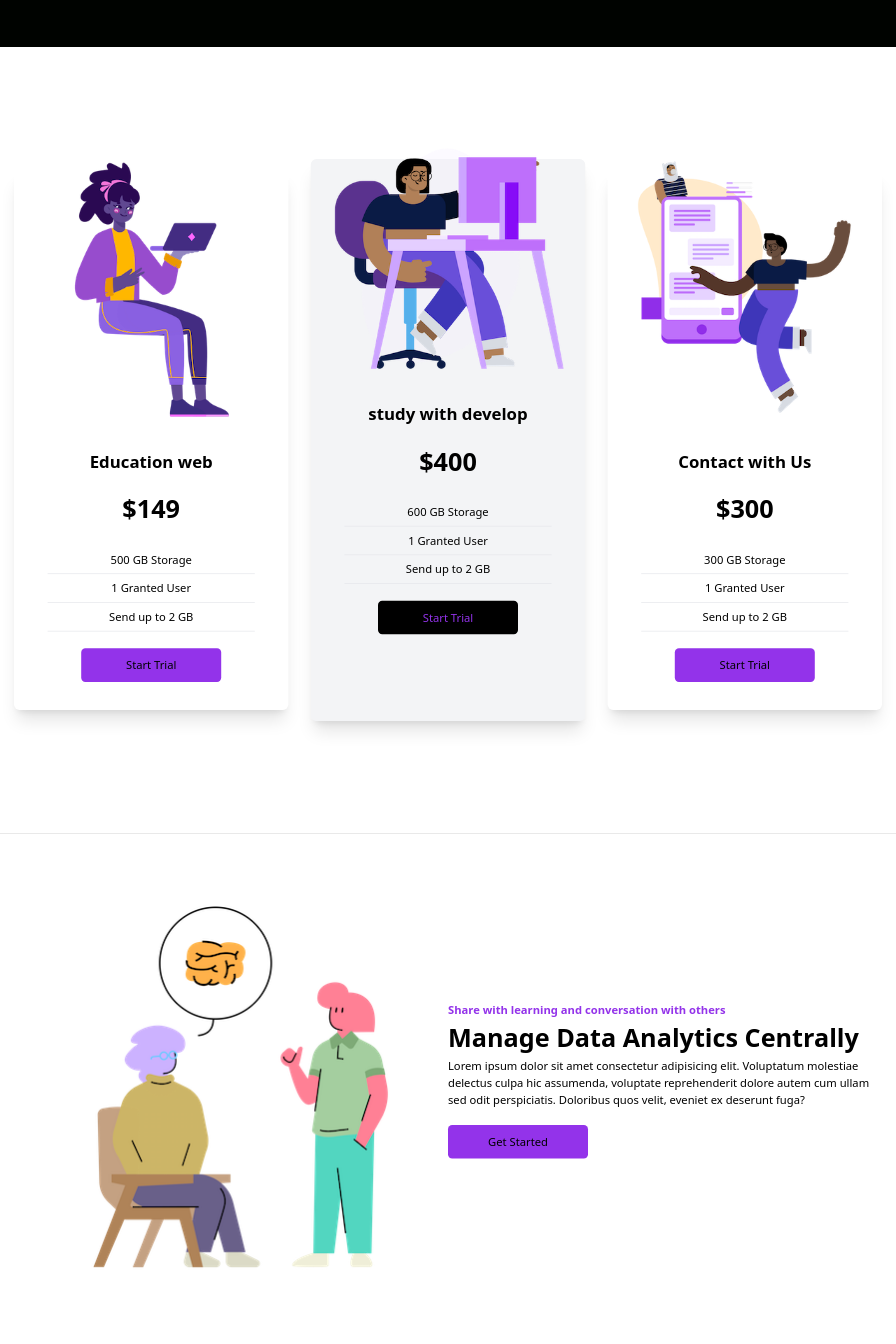
Repository: OmniaRafat232111121/tailwindreact
Page: /
An editor plug-in stored every save of this project. The page is shown before and after a run of saves, followed by the edit.
The browser window is 1280 px wide. The pictures show the part of the page from y = 653 to 2573 px (the page is 2573 px tall before and 2403 px after), at 70% of full size.
The project was rebuilt for these pictures with package versions that can differ from the ones it lists, and the page was loaded fresh each time.

Above is the page before, as saved 2022-09-11 13:35:06.

### src/index.js
import React from 'react';
import ReactDOM from 'react-dom/client';
import './index.css';
import App from './App';
import 'animate.css';
const root = ReactDOM.createRoot(document.getElementById('root'));
root.render(
  <React.StrictMode>
    <App />
  </React.StrictMode>
);

### src/App.js
import React from 'react';
import Analytics from './components/Analytics';
// import Analytics from './components/Analytics';
 import Cards from './components/Cards';
// import Footer from './components/Footer';
 import Hero from './components/Hero';
import Navbar from './components/Navbar';
// import Newsletter from './components/Newsletter';

function App() {
  return (
    <div>
      <Navbar />
      <Hero/>
      <Cards/>
      <Analytics/>
    </div>
  );
}

export default App;

### src/components/Analytics.jsx
import React from 'react';
import Laptop from '../assets/Lifesavers - Consulting.png';

const Analytics = () => {
  return (
    <div className='w-full  bg-white py-16 px-4'>
      <div className='max-w-[1240px] mx-auto grid md:grid-cols-2'>
        <img className='w-[500px] mx-auto my-4' src={Laptop} alt='/' />
        <div className='flex flex-col justify-center'>
          <p className='text-purple-600 font-bold '>Share with learning and conversation with others</p>
          <h1 className='md:text-4xl sm:text-3xl text-2xl font-bold py-2'>Manage Data Analytics Centrally</h1>
          <p>
            Lorem ipsum dolor sit amet consectetur adipisicing elit. Voluptatum
            molestiae delectus culpa hic assumenda, voluptate reprehenderit
            dolore autem cum ullam sed odit perspiciatis. Doloribus quos velit,
            eveniet ex deserunt fuga?
          </p>
          <button className='bg-purple-600 text-black w-[200px] rounded-md font-medium my-6 mx-auto md:mx-0 py-3'>Get Started</button>
        </div>
      </div>
    </div>
  );
};

export default Analytics;

### src/components/Cards.jsx
import React from 'react';
import Single from '../assets/Dayflow - Sitting (1).png'
import Double from '../assets/Happy Bunch - Desk.png'
import Triple from '../assets/Happy Bunch - Chat.png'

const Cards = () => {
  return (
    <div className='w-full py-[10rem] px-4 bg-white'>
      <div className='max-w-[1240px] mx-auto grid md:grid-cols-3 gap-8'>
          <div className='w-full shadow-xl flex flex-col p-4 my-4 rounded-lg hover:scale-105 duration-300'>
              <img className='w-25 mx-auto mt-[-3rem] bg-white' src={Single} alt="/" />
              <h2 className='text-2xl font-bold text-center py-8'>Education web</h2>
              <p className='text-center text-4xl font-bold'>$149</p>
              <div className='text-center font-medium'>
                  <p className='py-2 border-b mx-8 mt-8'>500 GB Storage</p>
                  <p className='py-2 border-b mx-8'>1 Granted User</p>
                  <p className='py-2 border-b mx-8'>Send up to 2 GB</p>
              </div>
              <button className='bg-purple-600 w-[200px] rounded-md font-medium my-6 mx-auto px-6 py-3'>Start Trial</button>
          </div>
          <div className='w-full shadow-xl bg-gray-100 flex flex-col p-4 md:my-0 my-8 rounded-lg hover:scale-105 duration-300'>
              <img className=' w-25 mx-auto mt-[-3rem] bg-transparent' src={Double} alt="/" />
              <h2 className='text-2xl font-bold text-center py-8'>study with develop</h2>
              <p className='text-center text-4xl font-bold'>$400</p>
              <div className='text-center font-medium'>
                  <p className='py-2 border-b mx-8 mt-8'>600 GB Storage</p>
                  <p className='py-2 border-b mx-8'>1 Granted User</p>
                  <p className='py-2 border-b mx-8'>Send up to 2 GB</p>
              </div>
              <button className='bg-black text-purple-600 w-[200px] rounded-md font-medium my-6 mx-auto px-6 py-3'>Start Trial</button>
          </div>
          <div className='w-full shadow-xl flex flex-col p-4 my-4 rounded-lg hover:scale-105 duration-300'>
              <img className='w-25 mx-auto mt-[-3rem] bg-white' src={Triple} alt="/" />
              <h2 className='text-2xl font-bold text-center py-8'>Contact with Us</h2>
              <p className='text-center text-4xl font-bold'>$300</p>
              <div className='text-center font-medium'>
                  <p className='py-2 border-b mx-8 mt-8'>300 GB Storage</p>
                  <p className='py-2 border-b mx-8'>1 Granted User</p>
                  <p className='py-2 border-b mx-8'>Send up to 2 GB</p>
              </div>
              <button className='bg-purple-600 w-[200px] rounded-md font-medium my-6 mx-auto px-6 py-3'>Start Trial</button>
          </div>

      </div>
    </div>
  );
};

export default Cards;

### src/components/Hero.jsx
import React from 'react';
import Typed from 'react-typed';
const Hero = () => {
  return (
    <div className='text-white'>
      <div className='max-w-[800px] mt-[-96px] w-full h-screen mx-auto text-center flex flex-col justify-center'>
        <p className='text-purple-600 font-bold p-2'>
          GROWING WITH WebDevelopment
        </p>
        <h1 className='md:text-5xl sm:text-6xl text-4xl font-bold md:py-6'>
          Grow with FrontendDeveloper.
        </h1>
        <div className='flex justify-center items-center'>
          <p className='md:text-4xl sm:text-4xl text-xl font-bold py-4'>
            ReactJs,Typescript
          </p>
          <Typed
          className='md:text-3xl sm:text-4xl text-xl font-bold md:pl-4 pl-2'
            strings={['Hooks', 'practical', 'Formik','icons']}
            typeSpeed={120}
            backSpeed={140}
            loop
          />
        </div>
        <p className='md:text-2xl text-xl font-bold text-gray-500'>Monitor your website analytics to increase knowledge platforms.</p>
        <button className='bg-purple-600 w-[200px]   rounded-md font-medium my-6 mx-auto py-3 text-black'>Get Started</button>
      </div>
    </div>
  );
};

export default Hero;

### src/components/Navbar.jsx
import React, { useState } from 'react';
import { AiOutlineClose, AiOutlineMenu } from 'react-icons/ai';

const Navbar = () => {
    const [nav, setNav] = useState(false);

    const handleNav = () => {
      setNav(!nav);
    };

  return (
    <div className=' flex justify-around items-center  text-white h-24 max-w-[1240px] px-4 mx-auto'>
      <h1 className='  animate__animated animate__animated animate__backInRight w-full text-3xl font-bold text-purple-600'>REACT.</h1>
      <ul className='hidden md:flex  animate__animated animate__animated animate__backInRight'>
        <li className='p-4 border-purple-600  hover:border-b-2 '>Home</li>
        <li className='p-4 border-purple-600  hover:border-b-2'>Company</li>
        <li className='p-4 border-purple-600  hover:border-b-2 '>Resources</li>
        <li className='p-4 border-purple-600  hover:border-b-2'>About</li>
        <li className='p-4 border-purple-600  hover:border-b-2 '>Contact</li>
      </ul>
      <div onClick={handleNav} className='block md:hidden'>
      {nav ? <AiOutlineClose size={20}/> : <AiOutlineMenu size={20} />}
  </div>
  <div >
  <ul className={nav ? 'fixed left-0 top-0 w-[50%] min-h-[50%] border-r border-r-gray-900 bg-[#000300] ease-in-out duration-500' : 'ease-in-out duration-500 fixed left-[-100%]'}>
  <h1 className='w-full text-3xl font-bold text-purple-600 m-4'>REACT.</h1>
      <li className='p-4  border-purple-600  hover:border-b-4'>Home</li>
      <li className='p-4  border-purple-600  hover:border-b-4'>Company</li>
      <li className='p-4  border-purple-600  hover:border-b-4'>Resources</li>
      <li className='p-4  border-purple-600  hover:border-b-4'>About</li>
      <li className='p-4'>Contact</li>
  </ul>
  </div>
</div>
  );
};

export default Navbar;

Loaded but not shown: public/index.html (common file); src/index.css (common file); tailwind.config.js (common file)

After the next 6 saves:
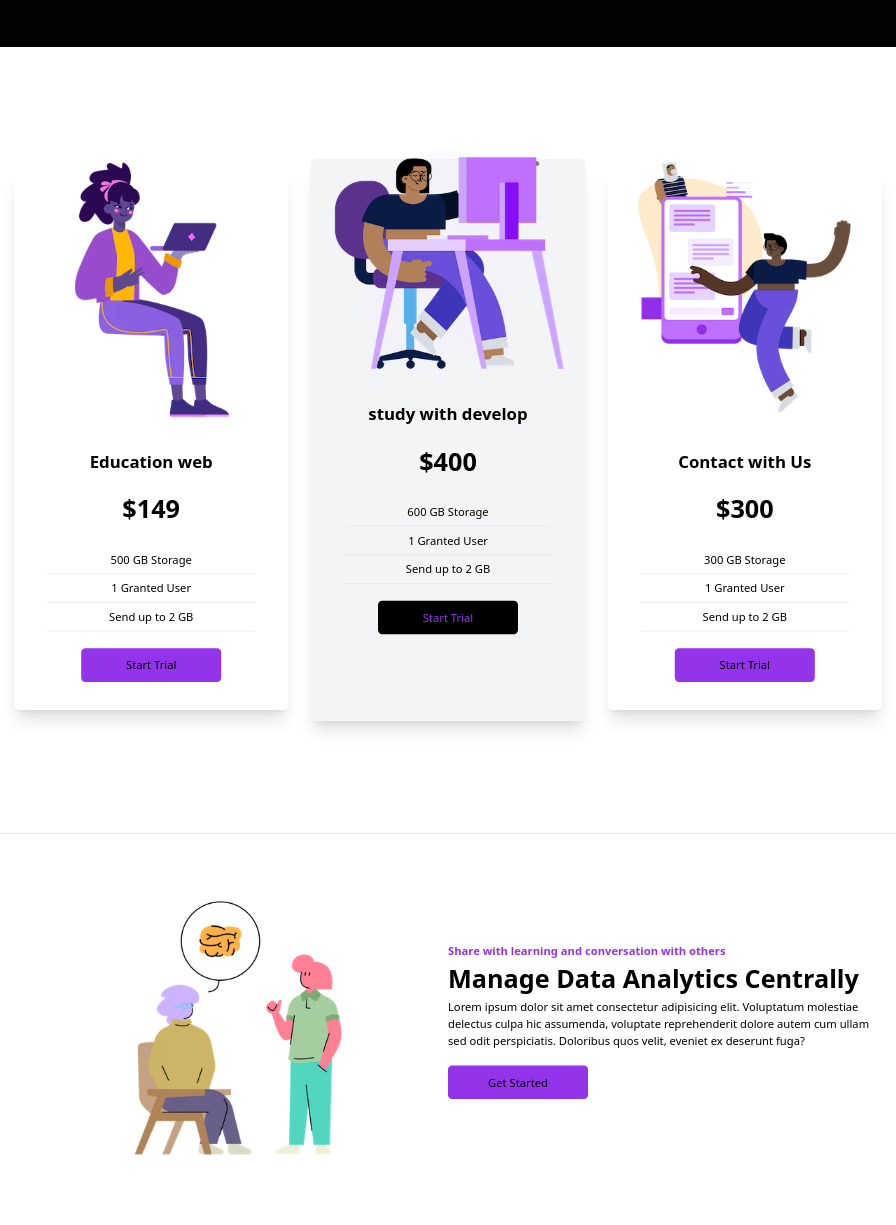
The 6 saves are shown as one change because they came seconds apart.
The last was saved 10 s later.
--- a/src/components/Analytics.jsx
+++ b/src/components/Analytics.jsx
@@ -5,7 +5,7 @@
   return (
     <div className='w-full  bg-white py-16 px-4'>
       <div className='max-w-[1240px] mx-auto grid md:grid-cols-2'>
-        <img className='w-[500px] mx-auto my-4' src={Laptop} alt='/' />
+        <img className=' hover:animate-w-[500px] mx-auto my-4' src={Laptop} alt='/' />
         <div className='flex flex-col justify-center'>
           <p className='text-purple-600 font-bold '>Share with learning and conversation with others</p>
           <h1 className='md:text-4xl sm:text-3xl text-2xl font-bold py-2'>Manage Data Analytics Centrally</h1>

After the 2 saves that followed:
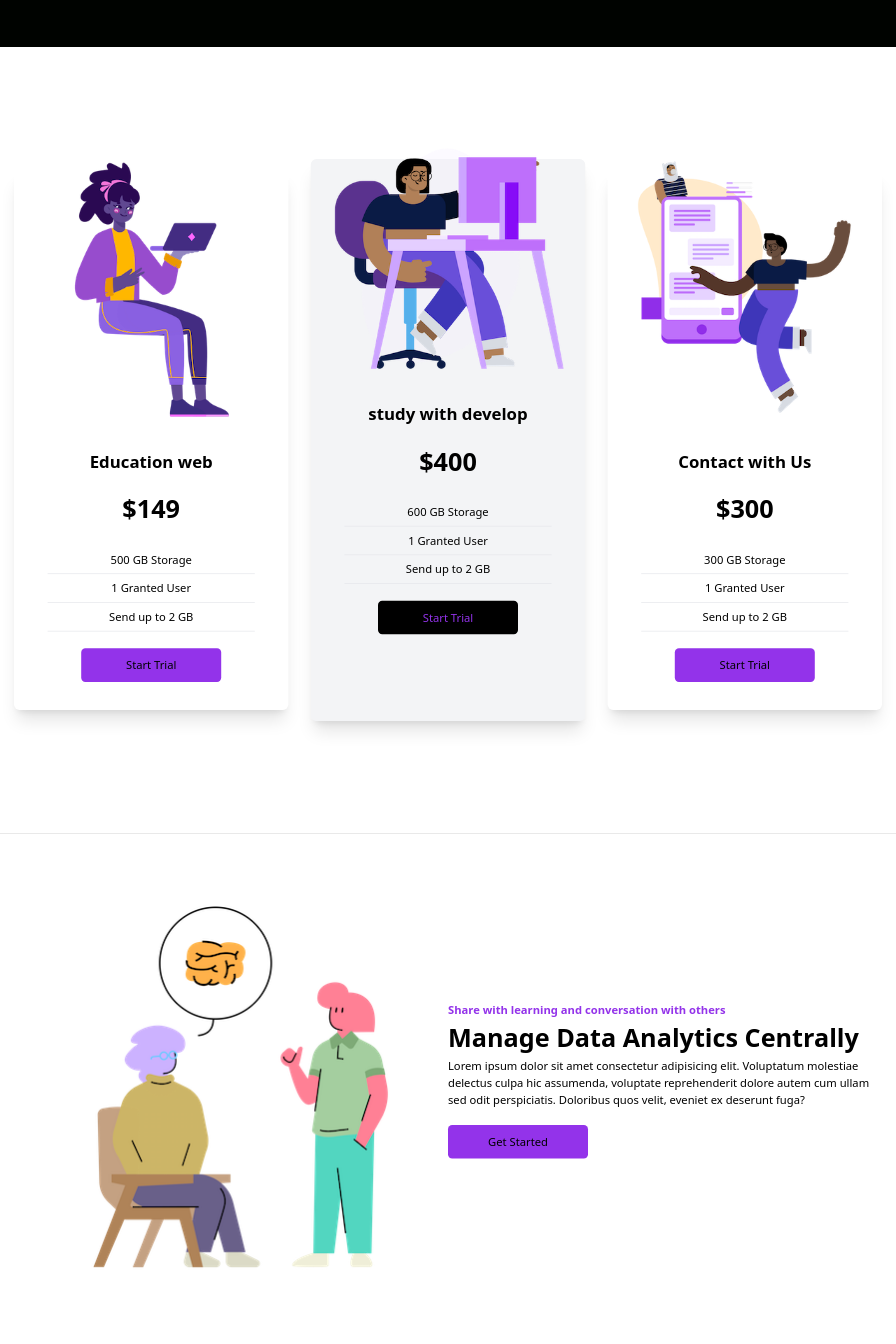
The 2 saves are shown as one change because they came seconds apart.
The last was saved 21 s later.
--- a/src/components/Analytics.jsx
+++ b/src/components/Analytics.jsx
@@ -5,7 +5,7 @@
   return (
     <div className='w-full  bg-white py-16 px-4'>
       <div className='max-w-[1240px] mx-auto grid md:grid-cols-2'>
-        <img className=' hover:animate-w-[500px] mx-auto my-4' src={Laptop} alt='/' />
+        <img className=' hover:animate-pulse w-[500px] mx-auto my-4' src={Laptop} alt='/' />
         <div className='flex flex-col justify-center'>
           <p className='text-purple-600 font-bold '>Share with learning and conversation with others</p>
           <h1 className='md:text-4xl sm:text-3xl text-2xl font-bold py-2'>Manage Data Analytics Centrally</h1>
